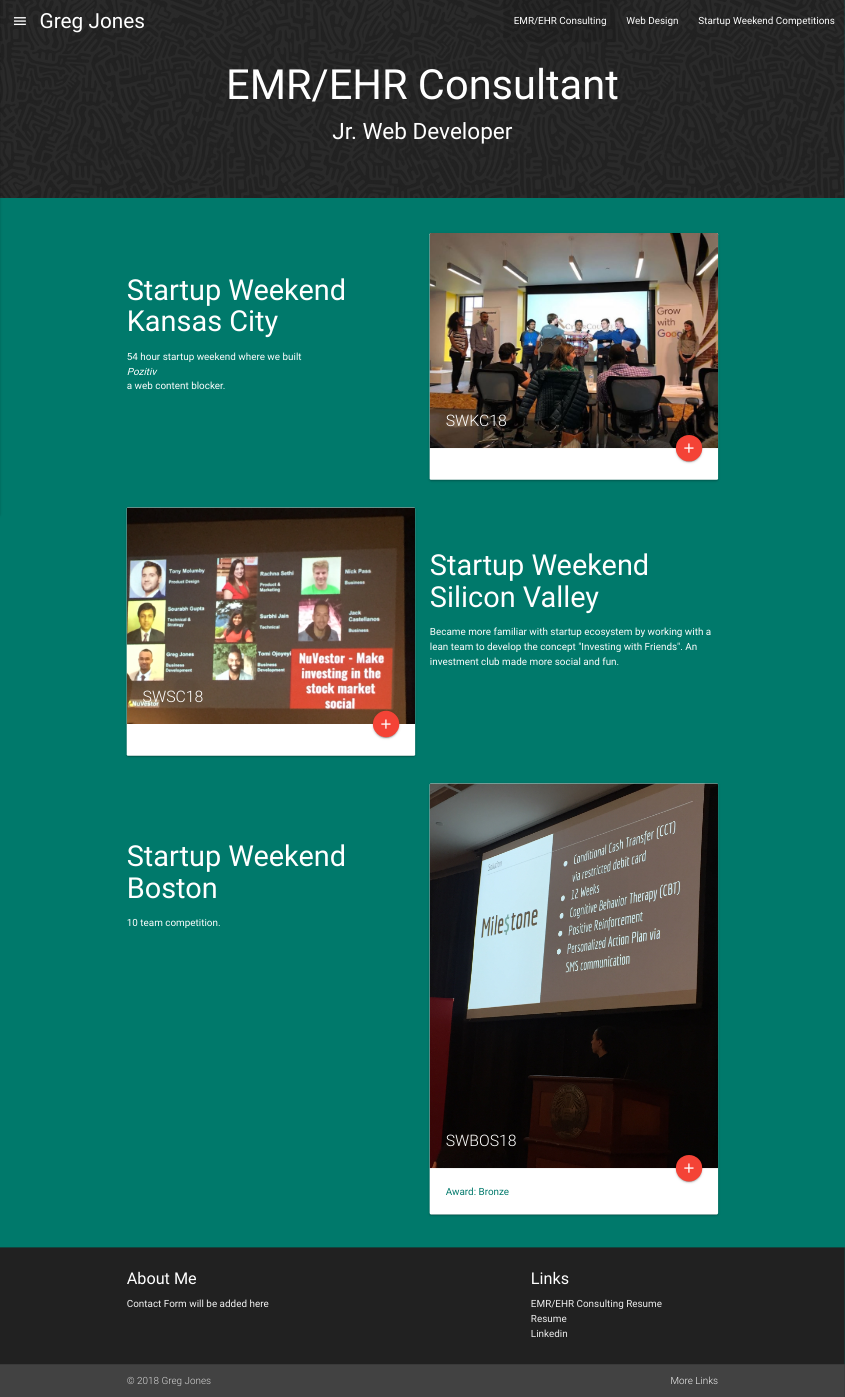
Repository: Greg919617/Existing-Portfolio
Page: sw.html
The author's editor kept a copy of each file at every save. The page is drawn from the files as they stood at one save, then again after the next save.
The browser window is 1280 px wide. The pictures show the whole page, at 66% of full size.
Some web libraries are served in a nearby version.

Above is the page before, as saved 2018-06-26 21:11:24.

### sw.html
<!DOCTYPE html>
<html>

<head>
  <!--Import Google Icon Font-->
  <link href="https://fonts.googleapis.com/icon?family=Material+Icons" rel="stylesheet">
  <!--Import materialize.css-->
  <link type="text/css" rel="stylesheet" href="css/materialize.min.css" media="screen,projection" />
  <link type="text/css" rel="stylesheet" href="css/main.css" />

  <!--Let browser know website is optimized for mobile-->
  <meta name="viewport" content="width=device-width, initial-scale=1.0" />
  <title>Greg Jones Portfolio Site</title>
</head>

<body>
  <!-- Header -->
  <header class="main-header">
    <nav class="transparent nav-wrapper z-depth-0">
      <div class="nav-wrapper">
        <a href="#" data-activates="mobile-nav" class="button-collapse show-on-large">
          <i class="material-icons">menu</i>
        </a>
        <a href="index.html" class="brand-logo">Greg Jones</a>
        <ul class="right hide-on-med-and-down">
          <li class="active">
            <a href="index.html">EMR/EHR Consulting</a>
          </li>
          <li>
            <a href="web-design.html">Web Design</a>
          </li>
          <li>
            <a href="sw.html">Startup Weekend Competitions</a>
          </li>
        </ul>
      </div>
      <ul class="side-nav" id="mobile-nav">
        <li>
          <a href="index.html">EMR/EHR Consulting</a>
        </li>
        <li>
          <a href="web-design.html">Web Design</a>
        </li>
        <li>
          <a href="sw.html">Startup Weekend Competitions</a>
        </li>
      </ul>
    </nav>
    <h1 class="center">EMR/EHR Consultant</h1>
    <h4 class="center">Jr. Web Developer</h4>
  </header>

  <!-- Section: Main -->
  <section class="section section-main">
    <div class="container">
      <!-- Row 1 -->
      <div class="row row-1">
        <div class="col m6 hide-on-small-only">
          <div class="img-content">
            <h3>Startup Weekend Kansas City</h3>
            54 hour startup weekend where we built <i>Pozitiv</i> a web content blocker.
          </div>
        </div>
        <div class="col m6">
          <div class="card">
            <div class="card-image">
              <img src="img/gallery/pozitiv.jpg" alt="">
              <span class="card-title">SWKC18</span>
              <a href="#sw1" class="btn-floating halfway-fab waves-effect waves-light red modal-trigger">
                <i class="material-icons">add</i>
              </a>
            </div>
            <div class="card-content">
              <p>
                <!-- <i class="material-icons">star</i>
                <i class="material-icons">star</i>
                <i class="material-icons">star</i>
                <i class="material-icons">star</i>
                <i class="material-icons">star</i> -->
              </p>
            </div>
          </div>
        </div>
      </div>

      <!-- Row 2 -->
      <div class="row row-2">
        <div class="col m6">
          <div class="card">
            <div class="card-image">
              <img src="img/gallery/nuvestor.jpg" alt="">
              <span class="card-title">SWSC18</span>
              <a href="#sw2" class="btn-floating halfway-fab waves-effect waves-light red modal-trigger">
                <i class="material-icons">add</i>
              </a>
            </div>
            <div class="card-content">
              <p>
                <!-- <i class="material-icons">star</i>
                <i class="material-icons">star</i>
                <i class="material-icons">star</i>
                <i class="material-icons">star</i>
                <i class="material-icons">star_half</i> -->
              </p>
            </div>
          </div>
        </div>
        <div class="col m6 hide-on-small-only">
          <div class="img-content">
            <h3>Startup Weekend Silicon Valley</h3>
            Became more familiar with startup ecosystem by working with a lean team to develop the concept "Investing with Friends". An investment club made more social and fun.
          </div>
        </div>
      </div>

      <!-- Row 3 -->
      <div class="row row-3">
        <div class="col m6 hide-on-small-only">
          <div class="img-content">
            <h3>Startup Weekend Boston</h3>
             10 team competition.
          </div>
        </div>
        <div class="col m6">
          <div class="card">
            <div class="card-image">
              <img src="img/gallery/milestone-highlight.jpg" alt="">
              <span class="card-title">SWBOS18</span>
              <a href="#sw3" class="btn-floating halfway-fab waves-effect waves-light red modal-trigger">
                <i class="material-icons">add</i>
              </a>
            </div>
            <div class="card-content">
              <p>
                Award: Bronze
              </p>
            </div>
          </div>
        </div>
      </div>
    </div>
  </section>

  <!-- Footer -->
  <footer class="page-footer">
    <div class="container">
      <div class="row">
        <div class="col l6 s12">
          <h5 class="white-text">About Me</h5>
          <p class="grey-text text-lighten-4">Contact Form will be added here</p>
        </div>
        <div class="col l4 offset-l2 s12">
          <h5 class="white-text">Links</h5>
          <ul>
            <li>
              <a class="grey-text text-lighten-3" href="resources/emr-resume.pdf">EMR/EHR Consulting Resume</a>
            </li>
            <li>
              <a class="grey-text text-lighten-3" href="resources/updated-resume.pdf">Resume</a>
            </li>
            <li>
              <a class="grey-text text-lighten-3" href="https://www.linkedin.com/in/greg-jones-47544b88
              ">Linkedin</a>
            </li>

          </ul>
        </div>
      </div>
    </div>
    <div class="footer-copyright">
      <div class="container">
        © 2018 Greg Jones
        <a class="grey-text text-lighten-4 right" href="#!">More Links</a>
      </div>
    </div>
  </footer>

  <!-- Modal 1 -->
  <div id="sw1" class="modal">
    <div class="modal-content">
      <h4>Pozitiv: Web Content Blocker</h4>
      <img src="img/gallery/pozitiv-cropped.JPG" alt="" class="responsive-img"> <br> I learned how to use Node & Python web crawlers, and create custom google chrome extensions.
    </div>
    <div class="modal-footer">
      <p>
        <!-- <i class="material-icons">star</i>
        <i class="material-icons">star</i>
        <i class="material-icons">star</i>
        <i class="material-icons">star</i>
        <i class="material-icons">star_half</i> -->
      </p>
    </div>
  </div>

  <!-- Modal 2 -->
  <div id="sw2" class="modal">
    <div class="modal-content">
      <h4>Nuvestor: Making Investing Social</h4>
      <img src="img/gallery/investing-with-friends.jpeg" alt="" class="responsive-img"> Contributions: Market Ressearch, Idea Validation, Business Model.
    </div>
    <div class="modal-footer">
      <p>
        <!-- <i class="material-icons">star</i>
        <i class="material-icons">star</i>
        <i class="material-icons">star</i>
        <i class="material-icons">star</i>
        <i class="material-icons">star</i> -->
      </p>
    </div>
  </div>

  <!-- Modal 3 -->
  <div id="sw3" class="modal">
    <div class="modal-content">
      <h4>Startup Weekend Boston</h4>
      <img src="img/gallery/milestone-highlight.jpg" alt="" class="responsive-img"> Mile$tone a conditional cash tranfer card for recovering drug addicts.
      Patients who overdose on opioids cost health systems between $50,000 and $90,000 to stabilize and discharge. Our solution cuts that number down significantly.
      <br>
      <br>  <a class="leftmost-link" href="https://www.northeastern.edu/nurseinnovation/miletone-3rd-place-winner-2018-hackathon/" target="_blank">Published Blog Click Here</a>
    </div>
    <div class="modal-footer">
      <p>
        <!-- <i class="material-icons">star</i>
        <i class="material-icons">star</i>
        <i class="material-icons">star</i>
        <i class="material-icons">star</i>
        <i class="material-icons">star</i> -->
      </p>
    </div>
  </div>

  <!--Import jQuery before materialize.js-->
  <script type="text/javascript" src="https://code.jquery.com/jquery-3.2.1.min.js"></script>
  <script type="text/javascript" src="js/materialize.min.js"></script>
  <script>
    $(document).ready(function () {
      // Init Sidenav
      $('.button-collapse').sideNav();

      // Init Modal
      $('.modal').modal();

      // Scrollfire
      const options = [
        {
          selector: '.row-1', offset: 50, callback: function (el) {
            Materialize.fadeInImage($(el));
          }
        },
        {
          selector: '.row-2', offset: 300, callback: function (el) {
            Materialize.fadeInImage($(el));
          }
        },
        {
          selector: '.row-3', offset: 400, callback: function (el) {
            Materialize.fadeInImage($(el));
          }
        }
      ];

      Materialize.scrollFire(options);

    });
  </script>
</body>

</html>

Loaded but not shown: css/materialize.min.css (library); css/main.css (library); js/materialize.min.js (library)

After the next save:
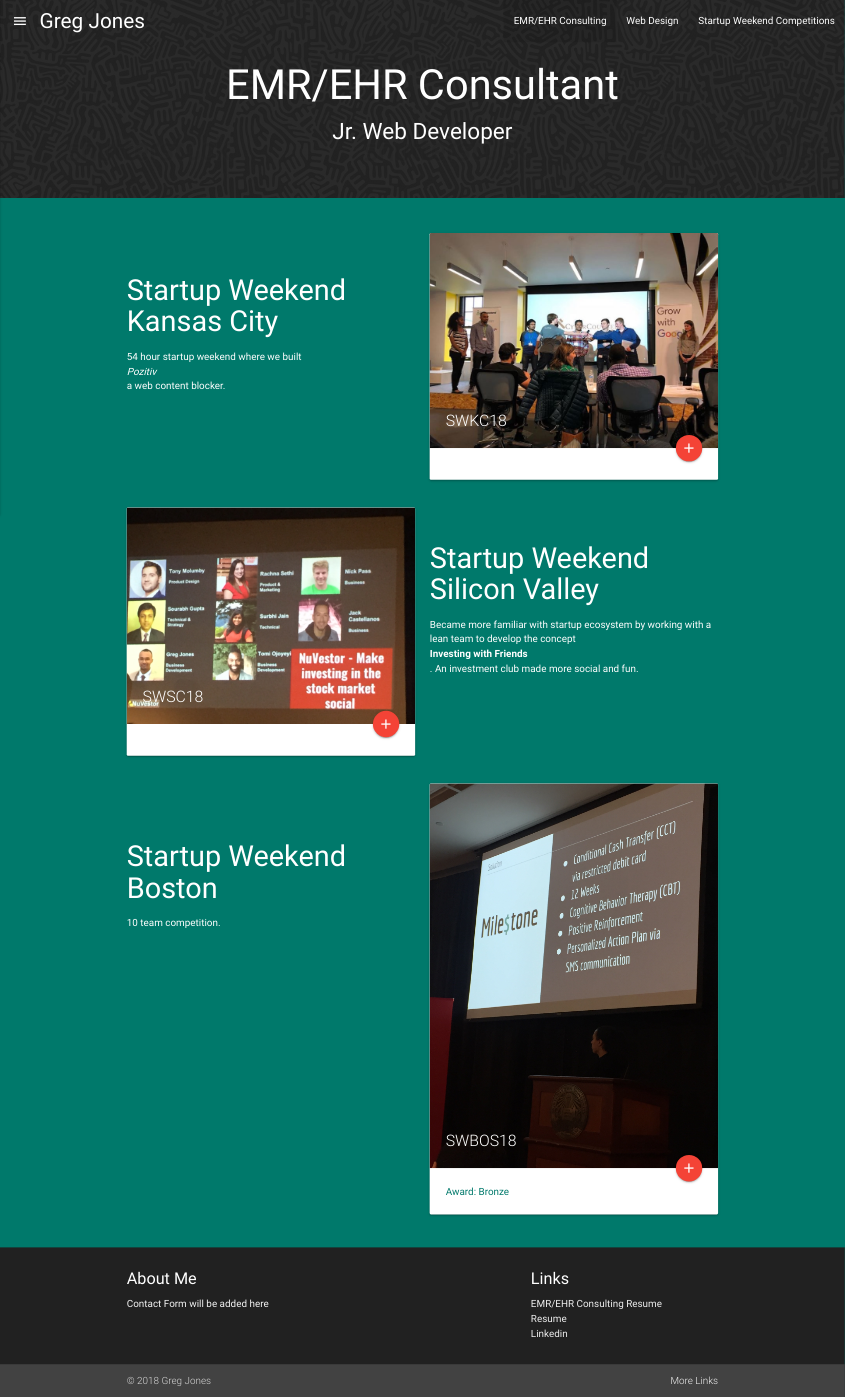
Saved 71 s later.
--- a/sw.html
+++ b/sw.html
@@ -108,7 +108,7 @@
         <div class="col m6 hide-on-small-only">
           <div class="img-content">
             <h3>Startup Weekend Silicon Valley</h3>
-            Became more familiar with startup ecosystem by working with a lean team to develop the concept "Investing with Friends". An investment club made more social and fun.
+            Became more familiar with startup ecosystem by working with a lean team to develop the concept <b>Investing with Friends</b>. An investment club made more social and fun.
           </div>
         </div>
       </div>
